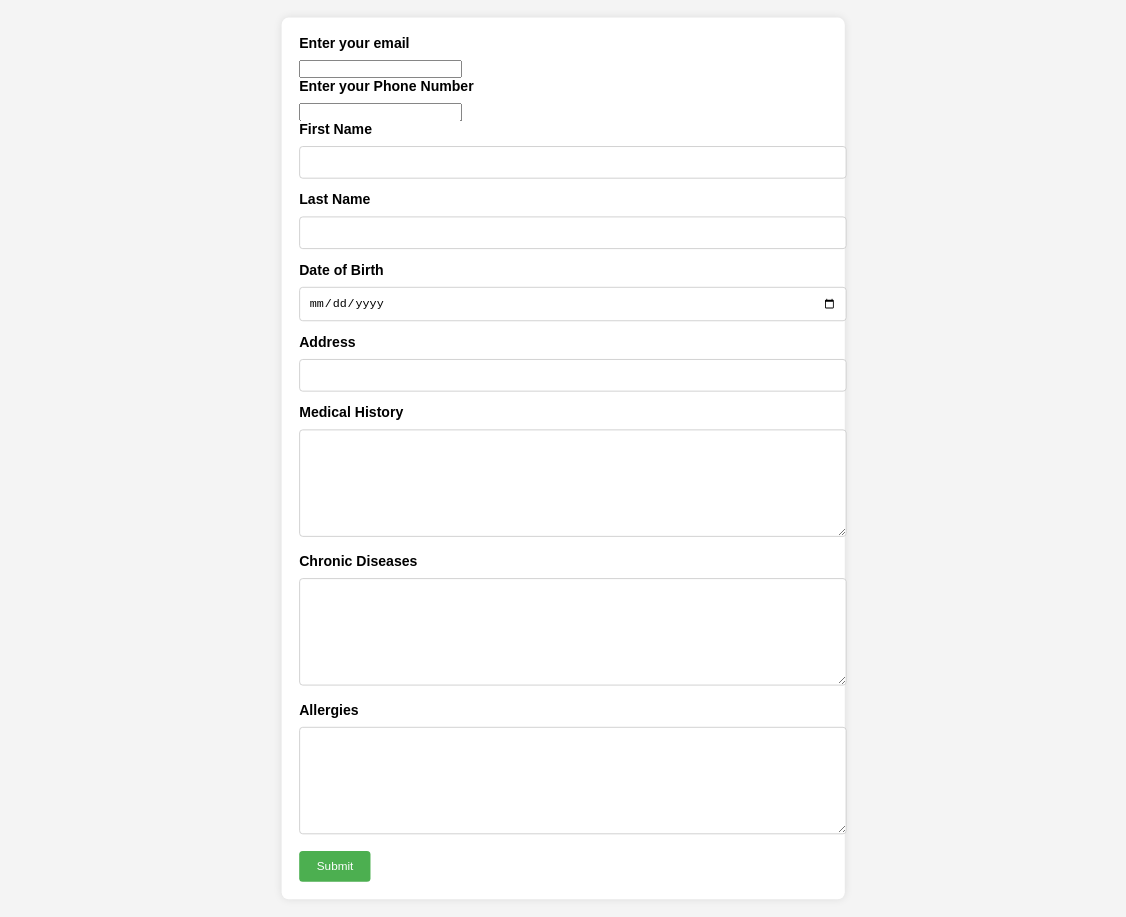
Repository: OmarAl-Saleh/Hospital-Emergency-System
Page: http://localhost/EmergencySystem/patient/sign-up.jsp
An editor plug-in stored every save of this project. The page is shown before and after the next save, followed by the edit.
The browser window is 1280 px wide. The pictures show the whole page, at 88% of full size.
The page is served by Tomcat 9. Other server files are loaded and not shown.

Above is the page before, as saved 2024-05-22 10:40:14.

### EmergencySystem/EmergencySystem/src/main/webapp/patient/sign-up.jsp
<!DOCTYPE html>
<html>
<head>
    <meta charset="ISO-8859-1">
    <title>Patient Profile Form</title>
    <style>
        body {
            font-family: Arial, sans-serif;
            background-color: #f4f4f4;
            margin: 0;
            padding: 20px;
        }

        form {
            background-color: white;
            padding: 20px;
            border-radius: 8px;
            box-shadow: 0 0 10px rgba(0, 0, 0, 0.1);
            max-width: 600px;
            margin: auto;
        }

        label {
            display: block;
            margin-bottom: 10px;
            font-weight: bold;
        }

        input[type="text"], input[type="date"], textarea {
            width: 100%;
            padding: 10px;
            margin-bottom: 15px;
            border: 1px solid #ccc;
            border-radius: 4px;
        }

        textarea {
            height: 100px;
        }

        input[type="submit"] {
            background-color: #4CAF50;
            color: white;
            border: none;
            padding: 10px 20px;
            cursor: pointer;
            border-radius: 4px;
        }

        input[type="submit"]:hover {
            background-color: #45a049;
        }
    </style>
<body>
    <form action="patient" method="post">

         <input type="hidden" name="source" value="sign-up"/>
    	<label>Enter your email</label>
    	<input type="email" name="email" required/>
    	<br>
    	<label>Enter your Phone Number</label>
    	<input type="tel" name="phoneNumber" required/>
    	<br>

        <label for="firstName">First Name</label>
        <input type="text" id="firstName" name="firstName" required>

        <label for="lastName">Last Name</label>
        <input type="text" id="lastName" name="lastName" required>

        <label for="dob">Date of Birth</label>
        <input type="date" id="dob" name="dob" required>

        <label for="address">Address</label>
        <input type="text" id="address" name="address" required>

        <label for="medicalHistory">Medical History</label>
        <textarea id="medicalHistory" name="medicalHistory" required></textarea>

        <label for="chronicDiseases">Chronic Diseases</label>
        <textarea id="chronicDiseases" name="chronicDiseases" required></textarea>

        <label for="allergies">Allergies</label>
        <textarea id="allergies" name="allergies" required></textarea>

        <input type="submit" value="Submit">
    </form>
</body>
</html>

After the next save:
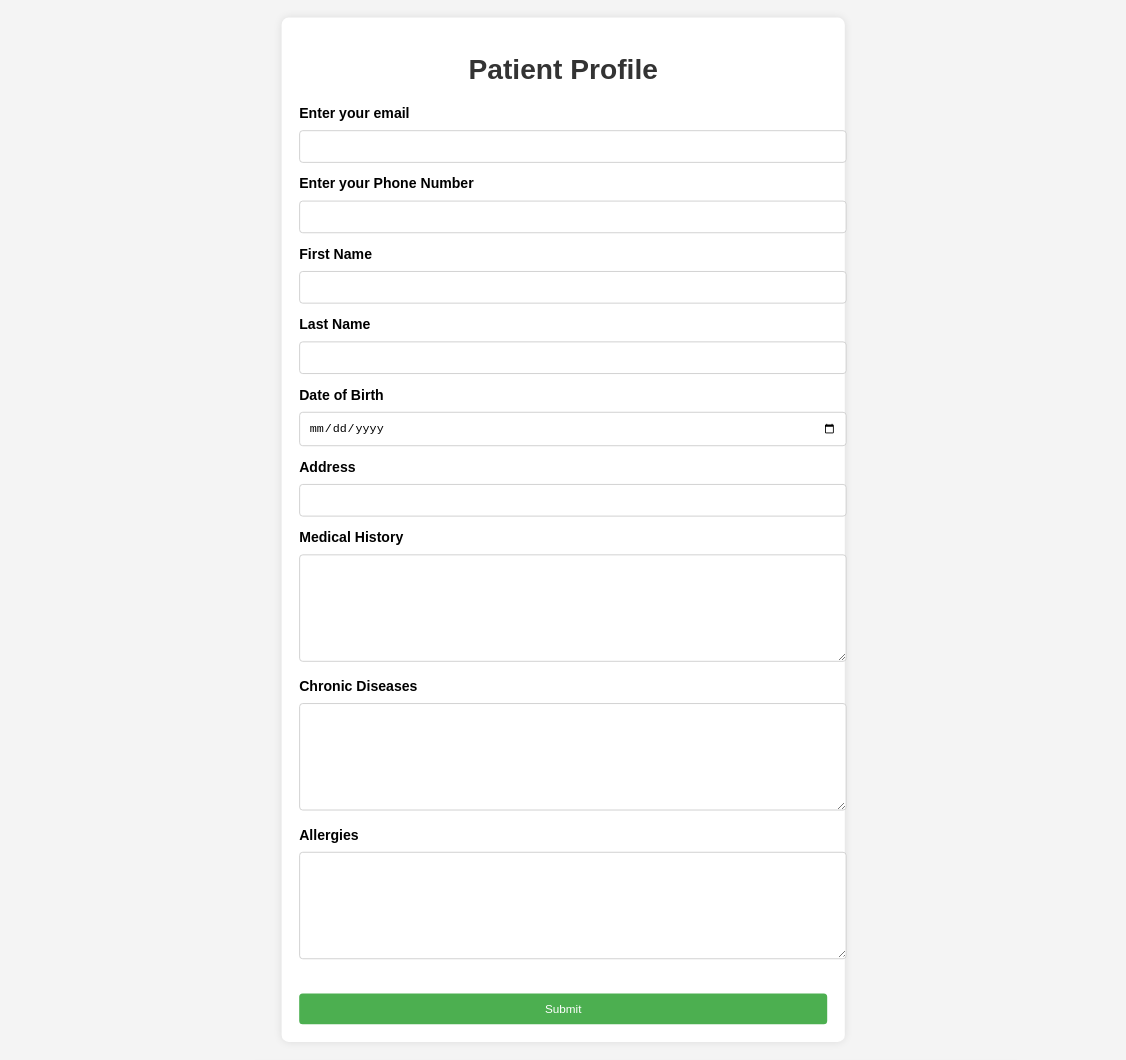
Saved 92 s later.
--- a/EmergencySystem/EmergencySystem/src/main/webapp/patient/sign-up.jsp
+++ b/EmergencySystem/EmergencySystem/src/main/webapp/patient/sign-up.jsp
@@ -20,13 +20,18 @@
             margin: auto;
         }
 
+        h1 {
+            text-align: center;
+            color: #333;
+        }
+
         label {
             display: block;
             margin-bottom: 10px;
             font-weight: bold;
         }
 
-        input[type="text"], input[type="date"], textarea {
+        input[type="text"], input[type="date"], input[type="email"], input[type="tel"], textarea {
             width: 100%;
             padding: 10px;
             margin-bottom: 15px;
@@ -45,34 +50,38 @@
             padding: 10px 20px;
             cursor: pointer;
             border-radius: 4px;
+            width: 100%;
+            margin-top: 20px;
         }
 
         input[type="submit"]:hover {
             background-color: #45a049;
         }
     </style>
+</head>
 <body>
     <form action="patient" method="post">
+        <h1>Patient Profile</h1>
 
-         <input type="hidden" name="source" value="sign-up"/>
-    	<label>Enter your email</label>
-    	<input type="email" name="email" required/>
-    	<br>
-    	<label>Enter your Phone Number</label>
-    	<input type="tel" name="phoneNumber" required/>
-    	<br>
+        <input type="hidden" name="source" value="sign-up"/>
+
+        <label for="email">Enter your email</label>
+        <input type="email" id="email" name="email" required/>
+
+        <label for="phoneNumber">Enter your Phone Number</label>
+        <input type="tel" id="phoneNumber" name="phoneNumber" required/>
 
         <label for="firstName">First Name</label>
-        <input type="text" id="firstName" name="firstName" required>
+        <input type="text" id="firstName" name="firstName" required/>
 
         <label for="lastName">Last Name</label>
-        <input type="text" id="lastName" name="lastName" required>
+        <input type="text" id="lastName" name="lastName" required/>
 
         <label for="dob">Date of Birth</label>
-        <input type="date" id="dob" name="dob" required>
+        <input type="date" id="dob" name="dob" required/>
 
         <label for="address">Address</label>
-        <input type="text" id="address" name="address" required>
+        <input type="text" id="address" name="address" required/>
 
         <label for="medicalHistory">Medical History</label>
         <textarea id="medicalHistory" name="medicalHistory" required></textarea>
